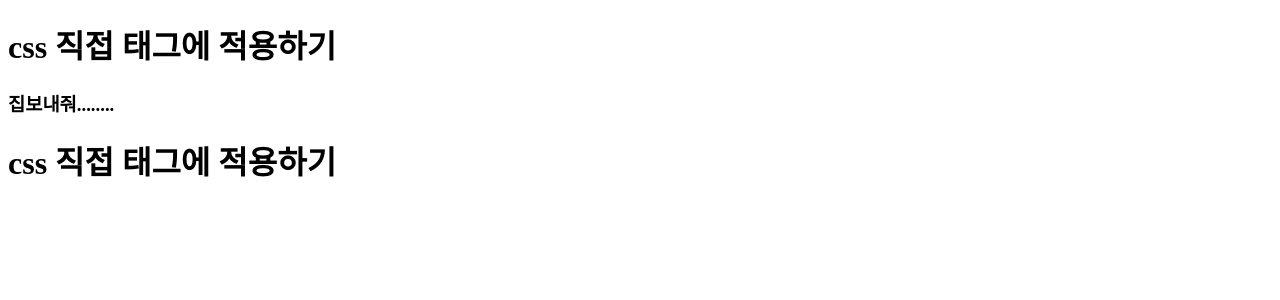
Repository: JeongHyeongKim/practice_myself
Page: Si_basic/WebProject/setp01_HTMLCS/WebContent/CSS/ex01_CSS_Inline.html
The author's editor kept a copy of each file at every save. The page is drawn from the files as they stood at one save, then again after the next save.
The browser window is 1280 px wide. The pictures show the whole page.

Above is the page before, as saved 2019-04-22 07:27:24.

### Si_basic/WebProject/setp01_HTMLCS/WebContent/CSS/ex01_CSS_Inline.html
<!DOCTYPE html>
<html>
<head>
	<meta charset="UTF-8">
	<title>Insert title here</title>
</head>
	<body>
		<h1>css 직접 태그에 적용하기</h1>
		<h3>집보내줘........</h3>
		<h1>css 직접 태그에 적용하기</h1>
	</body>
</html>

After the next save:
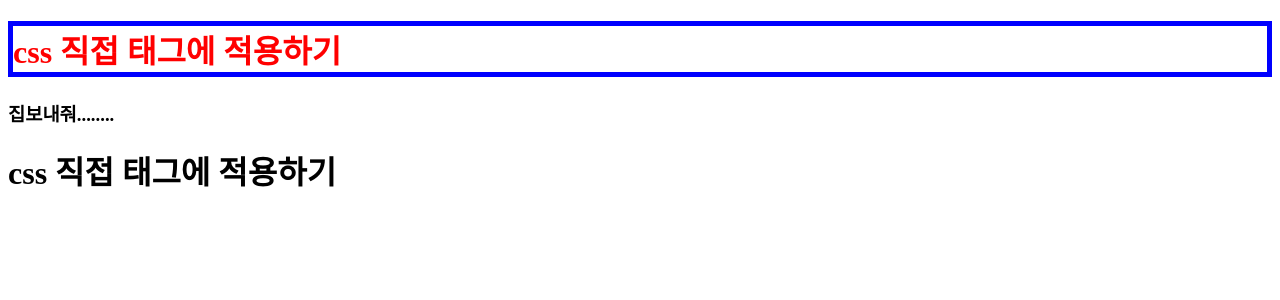
Saved 2 min 43 s later.
--- a/Si_basic/WebProject/setp01_HTMLCS/WebContent/CSS/ex01_CSS_Inline.html
+++ b/Si_basic/WebProject/setp01_HTMLCS/WebContent/CSS/ex01_CSS_Inline.html
@@ -5,8 +5,11 @@
 	<title>Insert title here</title>
 </head>
 	<body>
+		<h1 style="color:red; border:solid blue 5px;">css 직접 태그에 적용하기</h1>
+
+		<h3 >집보내줘........</h3>
+
 		<h1>css 직접 태그에 적용하기</h1>
-		<h3>집보내줘........</h3>
-		<h1>css 직접 태그에 적용하기</h1>
+
 	</body>
 </html>
